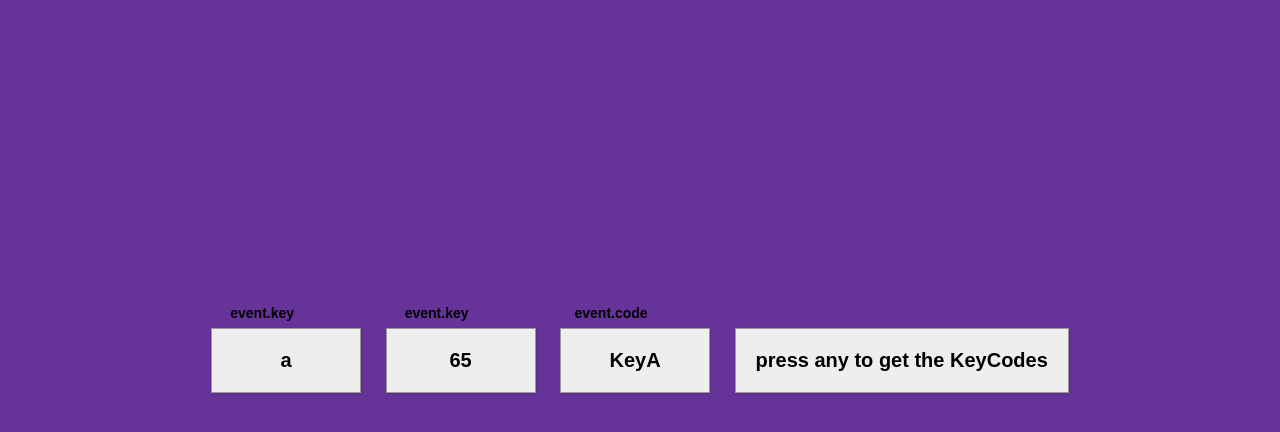
Repository: ElideZavala/Generator-Key
Page: index.html
An editor plug-in stored every save of this project. The page is shown before and after the next save, followed by the edit.
The browser window is 1280 px wide. The pictures show the whole page.
Some web fonts or font styles are not loaded; a fallback is used.

Above is the page before, as saved 2021-06-07 15:53:11.

After the next save:
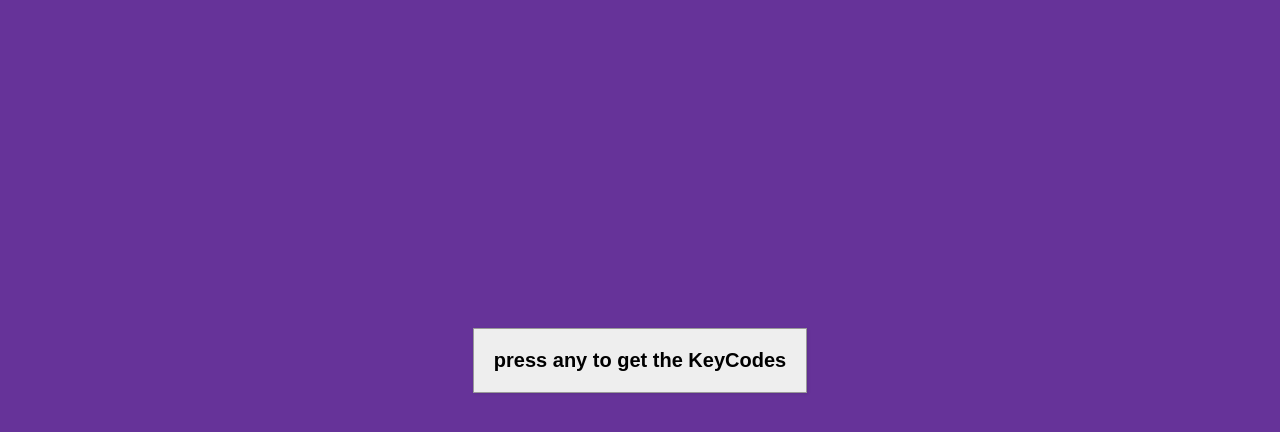
Saved 46 min 26 s later.
--- a/index.html
+++ b/index.html
@@ -11,21 +11,6 @@
 <body>
 	<div id="insert">
 		<div class="key">
-			a
-			<small>event.key</small>
-		</div>
-
-		<div class="key">
-			65
-			<small>event.key</small>
-		</div>
-
-		<div class="key">
-			KeyA
-			<small>event.code</small>
-		</div>
-
-		<div class="key">
 			press any to get the KeyCodes
 		</div>
 	</div>
